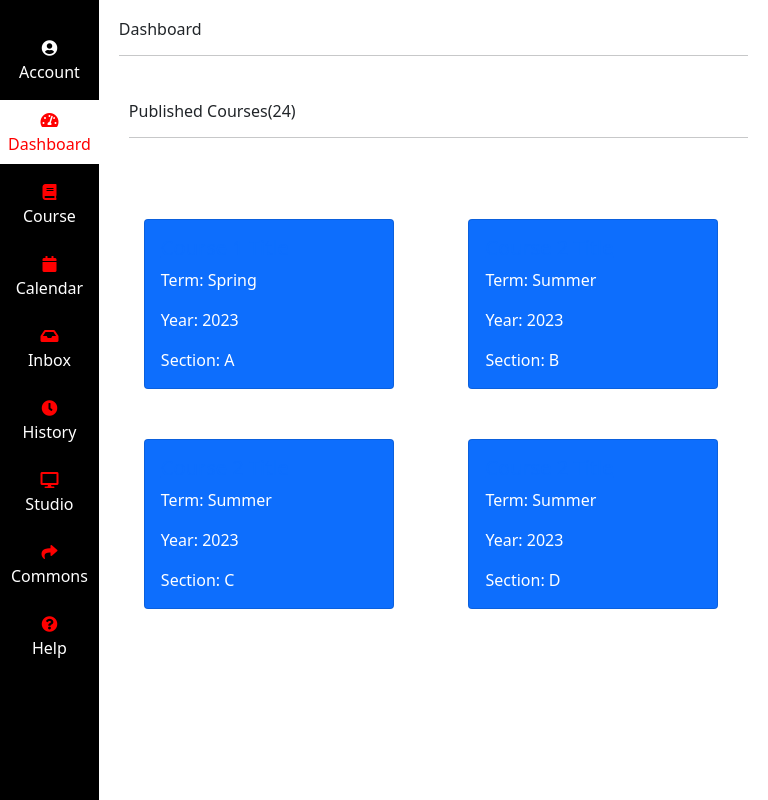
Repository: yuqiant/kanbas-react-web-app
Page: public/kanbas/dashboard/index.html
An editor plug-in stored every save of this project. The page is shown before and after the next save, followed by the edit.
The browser window is 768 px wide. The pictures show the whole page.

Above is the page before, as saved 2023-10-04 18:44:03.

After the next save:
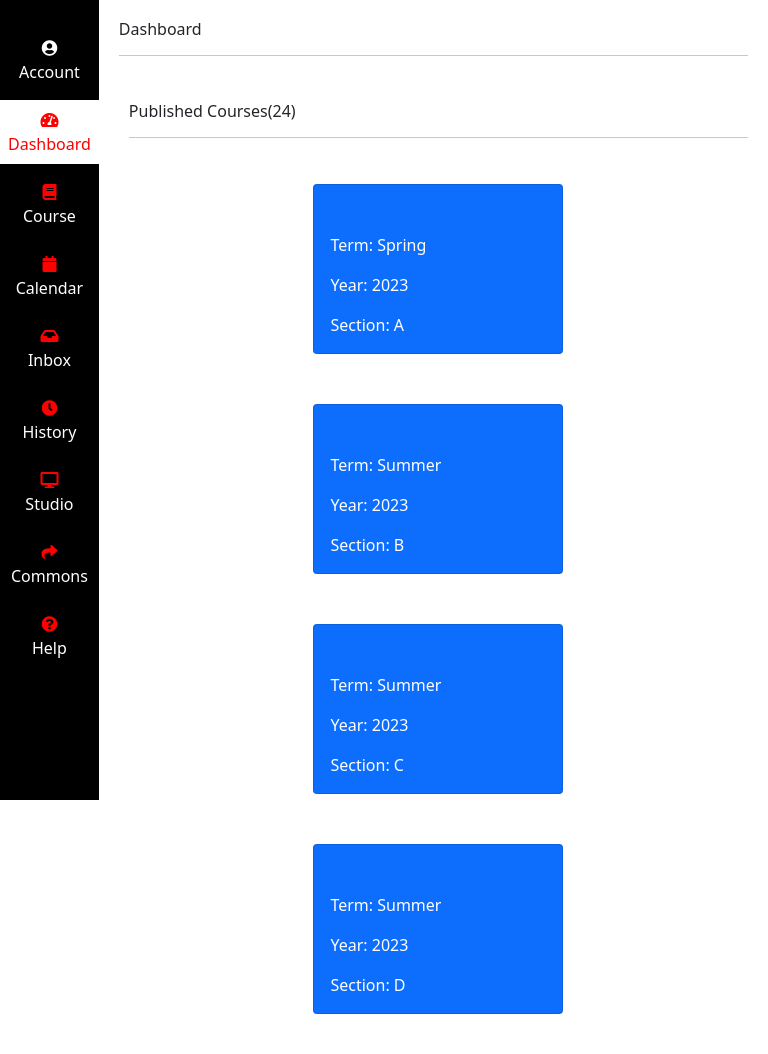
Saved 5 min 42 s later.
--- a/public/kanbas/dashboard/index.css
+++ b/public/kanbas/dashboard/index.css
@@ -81,20 +81,8 @@
 
 }
 
-.course-card {
-    width: 250px;
-    /* Adjust as needed */
-    margin: 15px;
-    /* Adjust spacing as needed */
-    /* Add other styling properties such as padding, background, etc. */
-}
 
-.published-courses {
-    margin-top: 20px;
-    display: flex;
-    flex-wrap: wrap;
-    justify-content: flex-start;
-}
+
 
 .blue-background {
     background-color: blue;
@@ -111,3 +99,38 @@
     padding: 10px;
     /* 可选：添加内边距来分隔上下部分 */
 }
+
+.published-courses {
+    display: flex;
+    flex-wrap: wrap;
+    justify-content: space-between;
+}
+
+/* 课程卡片样式 */
+.course-card {
+    width: 250px;
+    margin: 0 0 30px 0;
+    /* 调整卡片间距，上下各 30px */
+    /* 其他样式，例如背景颜色、边框等，可以根据需要自行添加 */
+}
+
+/* 响应式布局 */
+@media (max-width: 1200px) {
+
+    /* 当窗口宽度小于 1200px 时，每行最多显示 3 个课程 */
+    .published-courses {
+        justify-content: flex-start;
+        /* 左对齐，课程卡片靠左排列 */
+    }
+}
+
+@media (max-width: 768px) {
+
+    /* 当窗口宽度小于 768px 时，每行最多显示 2 个课程 */
+    .published-courses {
+        flex-direction: column;
+        /* 垂直排列，一列一个课程 */
+        align-items: center;
+        /* 居中对齐课程卡片 */
+    }
+}
